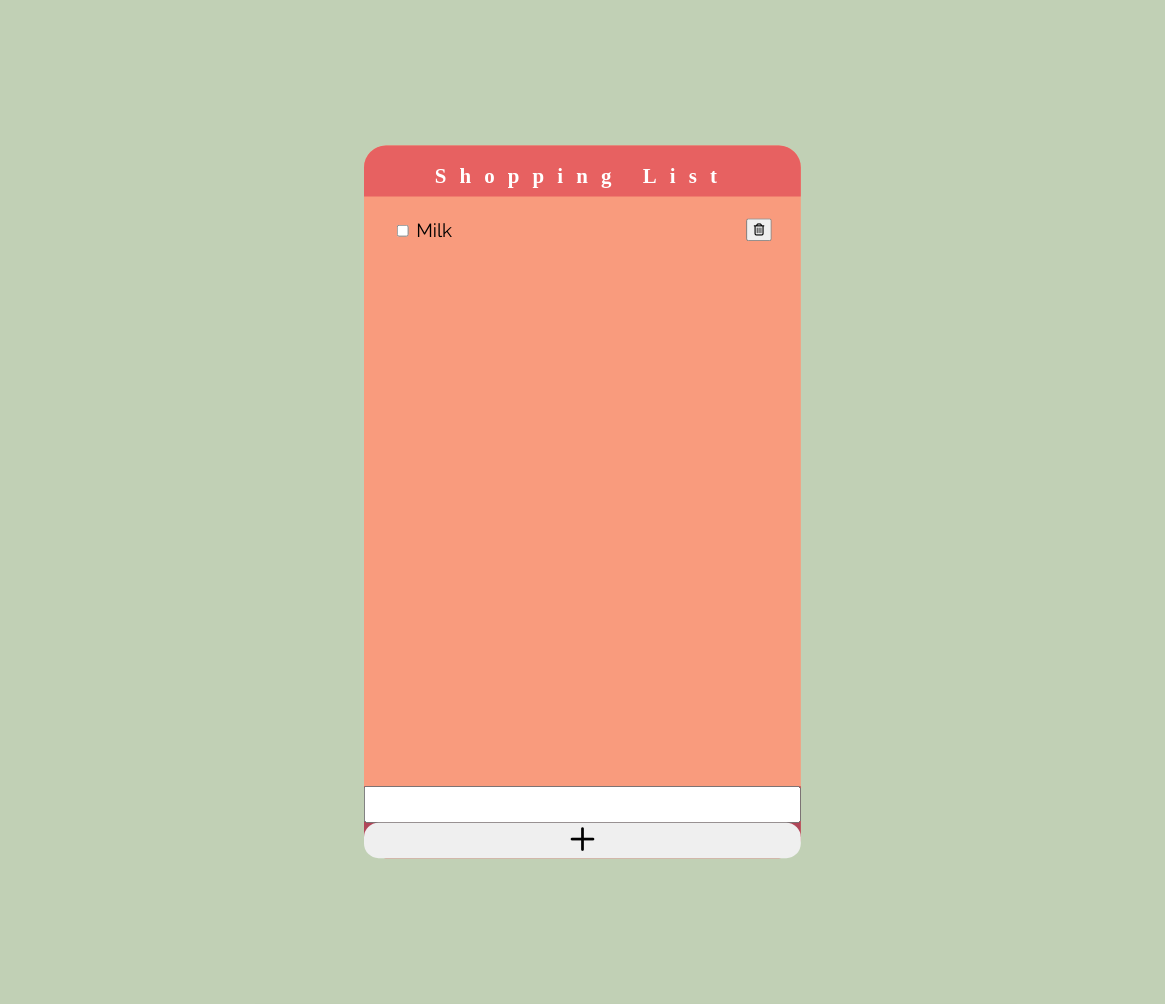
Repository: sephinejo/shopping-list-app
Page: index.html
An editor plug-in stored every save of this project. The page is shown before and after the next save, followed by the edit.
The browser window is 1280 px wide. The pictures show the whole page, at 91% of full size.
Some web fonts or font styles are not loaded; a fallback is used. Some web libraries are served in a nearby version.

Above is the page before, as saved 2023-05-12 11:13:30.

### index.html
<!DOCTYPE html>
<html lang="en">
  <head>
    <meta charset="UTF-8" />
    <meta http-equiv="X-UA-Compatible" content="IE=edge" />
    <meta name="viewport" content="width=device-width, initial-scale=1.0" />
    <title>Shopping List 🛍️🛒</title>
    <link rel="preconnect" href="https://fonts.googleapis.com" />
    <link rel="preconnect" href="https://fonts.gstatic.com" crossorigin />
    <link
      href="https://fonts.googleapis.com/css2?family=Alice&family=Raleway:wght@400;600;700;800&display=swap"
      rel="stylesheet"
    />
    <script
      src="https://kit.fontawesome.com/9ac80604cb.js"
      crossorigin="anonymous"
    ></script>
    <script src="main.js" defer></script>
    <link rel="stylesheet" href="style.css" />
  </head>
  <body>
    <section class="container">
      <header class="header">Shopping List</header>
      <ul class="items">
        <li class="item__row">
          <div class="item">
            <input id="item__checkbox" name="item__checkbox" type="checkbox" />
            <label for="item__checkbox">Milk</label>
          </div>
          <button><i class="fa-regular fa-trash-can"></i></button>
        </li>
      </ul>
      <footer>
        <input class="input" type="text" />
        <button class="footer__button">
          <i class="fa-regular fa-plus"></i>
        </button>
      </footer>
    </section>
  </body>
</html>

### style.css
* {
  box-sizing: border-box;
}

body {
  text-align: center;
  background-color: #c1d0b5;
}

.container {
  margin: 10rem auto;
  width: 30rem;
  background-color: #f99b7d;
  border-radius: 1.5rem;
}

.header {
  height: 3.5rem;
  padding: 1.3rem;
  font-family: 'Alice';
  font-size: 23px;
  font-weight: 700;
  color: white;
  letter-spacing: 0.9rem;
  background: #e76161;
  border-radius: 1.5rem 1.5rem 0 0;
}

.items {
  height: 600px;
  overflow-y: auto;
  margin: 1.5rem 2rem;
  padding: 0;
}

.item__row {
  display: flex;
  justify-content: space-between;
  font-size: 1.3rem;
  font-family: 'Raleway';
  font-weight: 500;
}

footer {
  background: #b04759;
  display: flex;
  flex-direction: column;
  border-radius: 0 0 1.5rem 1.5rem;
}

.input {
  height: 40px;
  outline: none;
  font-size: 1.4rem;
}

.footer__button {
  border-style: none;
  border-radius: 1rem;
  cursor: pointer;
  font-size: 2rem;
}

Loaded but not shown: main.js (no copy from this time; the picture is the same without it)

After the next save:
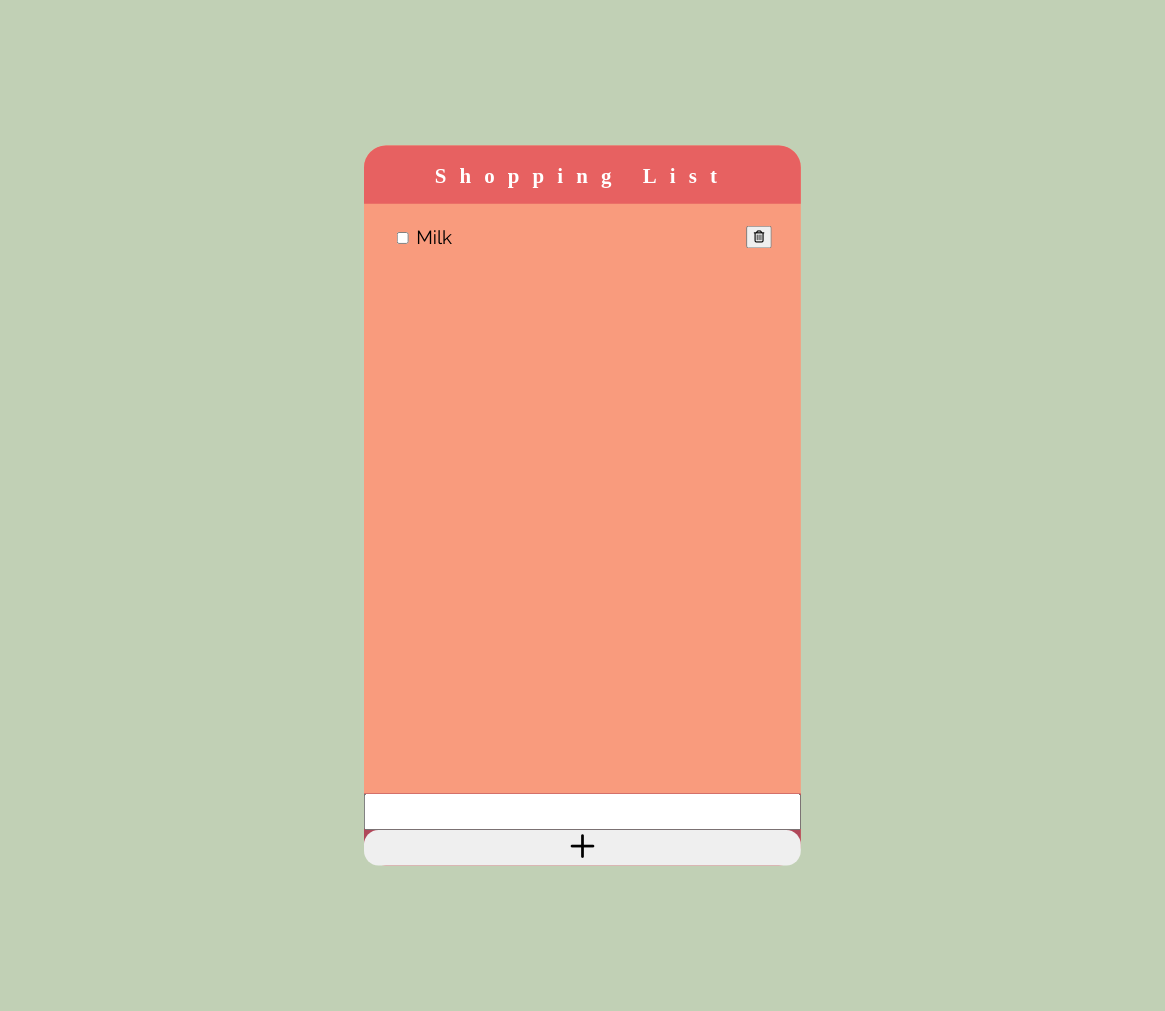
Saved 8 s later.
--- a/style.css
+++ b/style.css
@@ -15,7 +15,7 @@ body {
 }
 
 .header {
-  height: 3.5rem;
+  height: 4rem;
   padding: 1.3rem;
   font-family: 'Alice';
   font-size: 23px;
